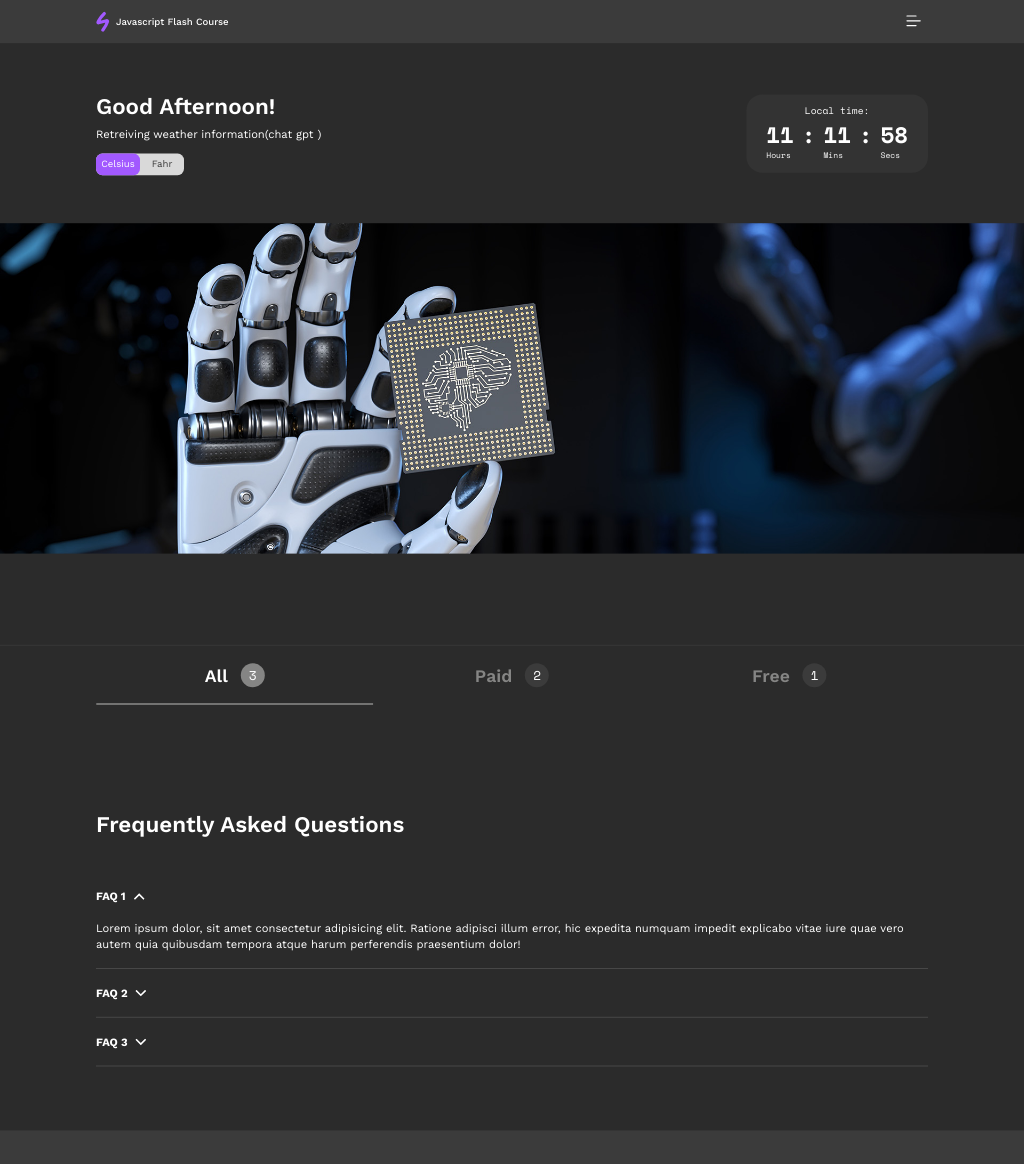
Repository: GettieSirma/JAVASCRIPT-TEST
Page: index.html
An editor plug-in stored every save of this project. The page is shown before and after a run of saves, followed by the edit.
The browser window is 1280 px wide. The pictures show the whole page, at 80% of full size.

Above is the page before, as saved 2024-04-24 12:12:10.

After the next 2 saves:
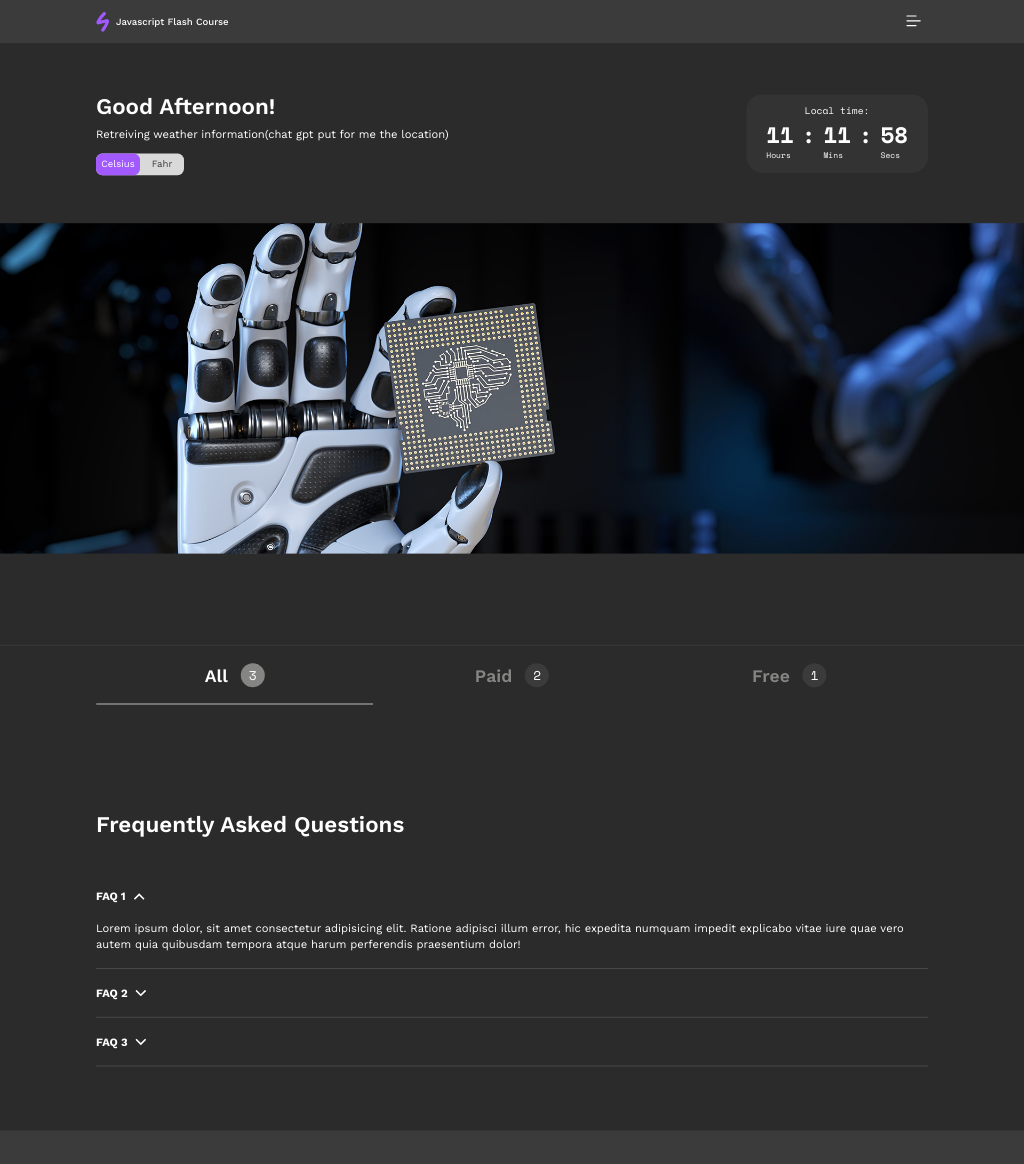
The 2 saves are shown as one change because they came seconds apart.
The last was saved 11 s later.
--- a/index.html
+++ b/index.html
@@ -114,7 +114,7 @@
         <section id="home" class="container greeting-section">
             <div class="left-side">
                 <h1 id="greeting">Good Afternoon!</h1>
-                <p id="weather">Retreiving weather information(chat gpt )</p>
+                <p id="weather">Retreiving weather information(chat gpt put for me the location)</p>
                 <div class="weather-group">
                     <input type="radio" checked="true" id="celsius" name="temperature" />
                     <label for="celsius">Celsius</label>
